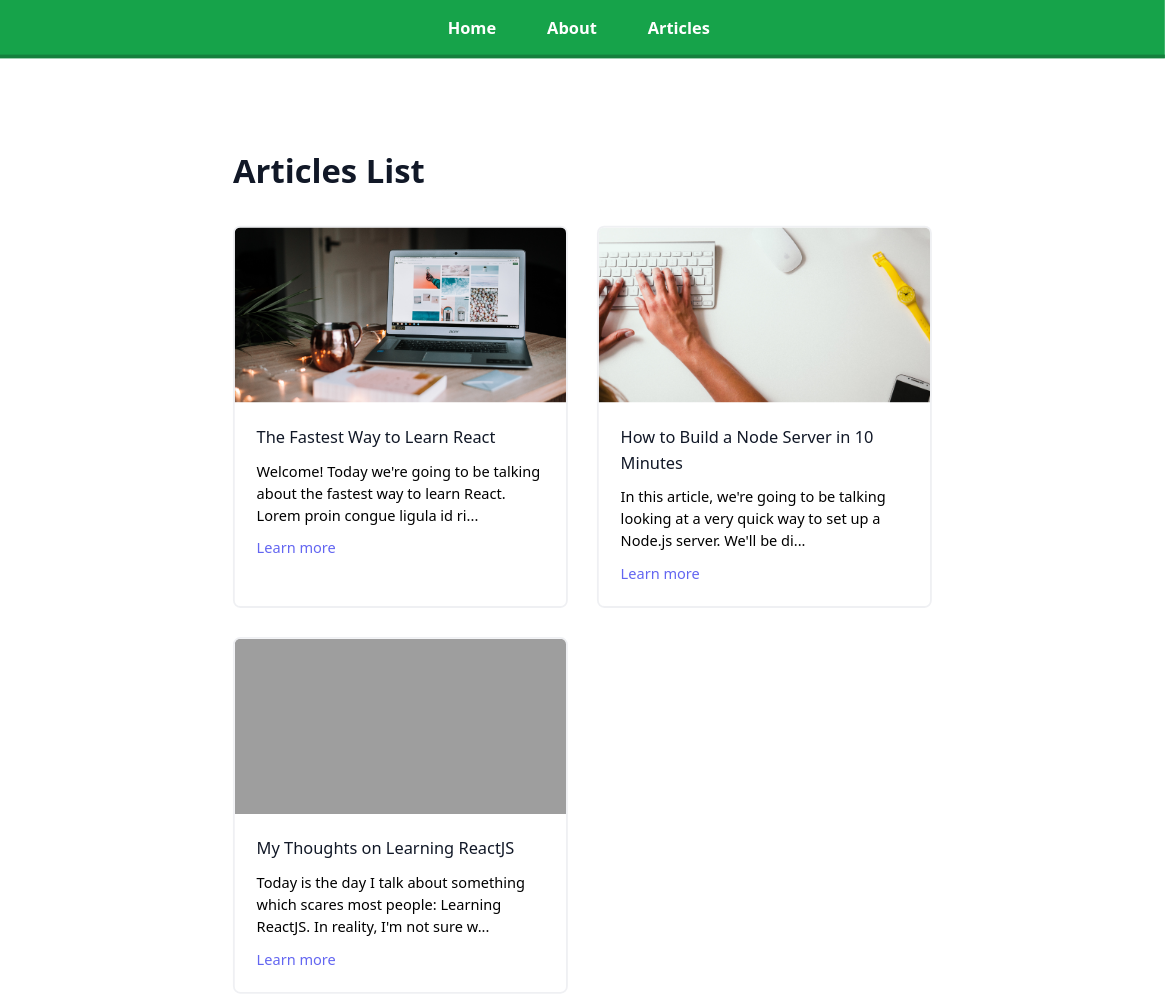
Repository: wenxi0504/BLOG
Page: /articles-list (app in client/)
An editor plug-in stored every save of this project. The page is shown before and after the next save, followed by the edit.
The browser window is 1280 px wide. The pictures show the whole page, at 91% of full size.
Pictures or frames that could not be fetched are drawn as grey boxes. The project was rebuilt for these pictures with package versions that can differ from the ones it lists, and the page was loaded fresh each time. Also part of the build but not shown: client/src/pages/Home.js, client/src/pages/About.js, client/src/pages/Article.js.

Above is the page before, as saved 2022-09-11 22:16:47.

### client/src/App.js
import { BrowserRouter as Router,Route, Routes } from 'react-router-dom';
//pages
import Home from './pages/Home'
import About from './pages/About'
import Article from './pages/Article'
import ArticlesList from './pages/ArticlesList'
import Navbar from './components/Navbar';

function App() {
  return (
    <Router>
      <Navbar/>
    <div className='max-w-screen-md mx-auto pt-20'>
    <Routes>
          <Route path="/" element={<Home />} />
          <Route path="/about" element={<About />} />
          <Route path="/articles-list" element={<ArticlesList />} />
           <Route path="/article/:name" element={<Article/> } />
          </Routes>
      </div>
      </Router>
  );
}

export default App;

### client/src/pages/ArticlesList.js
import React from 'react'
import articleContent from './articleContent'
import { Link} from 'react-router-dom'

const ArticlesList = () => {
  return (
      <div>
          <h1 className='sm:text-4xl text-2xl font-bold my-6 text-gray-900'>Articles List</h1>
          <div className="container py-4 mx-auto">
              <div className="flex flex-wrap -m-4">
                  {articleContent.map((article, index) => (
                      <div key={index} className="p-4 md:w-1/2">
                          <div className="h-full border-2 border-gray-200 border-opacity-60 rounded-lg overflow-hidden">
                              <Link to={`/article/${article.name}`}>
                                  <img className='lg:h-48 md:h-36 w-full object-cover object-center' src={ article.thumbnail} alt="blog"/>
                              </Link>
                              <div className='p-6'>
                                  <Link key={index} to={`/article/${article.name}`}>
                                      <h3 className="text-lg font-medium text-gray-900 mb-3">{ article.title}</h3>
                                  </Link>
                                  <p className='leading-relax mb-3'>
                                      { article.content[0].substring(0,110)}...
                                  </p>

                                  <div className="flex item-center flex wrap">
                                      <Link className="text-indigo-500 inline-flex items-center md:mb-2 lg:mb-0" to={ `/article/${article.name}`}>
                                          Learn more
                                      </Link>
                                  </div>

                              </div>
                          </div>
                      </div>
                  ))}
              </div>
          </div>

    </div>
  )
}

export default ArticlesList

### client/src/components/Navbar.js
import React from 'react'
import { Link} from 'react-router-dom'

const Navbar = () => {
  return (
      <nav className="border-b-4 border-green-700 text-center bg-green-600 font-bold w-full text-lg text-white " fixed top-0>
          <ul>
              <li className='inline-block py-4'>
                  <Link to="/" className='pl-6 pr-8'>Home </Link>
              </li>
              <li className='inline-block py-4'>
                  <Link to="/about" className='pl-6 pr-8'>About</Link>
              </li>
              <li className='inline-block py-4'>
                  <Link to="/articles-list" className='pl-6 pr-8'>Articles </Link>
              </li>
        </ul>
      </nav>
  )
}

export default Navbar

### client/src/pages/articleContent.js
const articles = [
  {
    name: "learn-react",
    title: "The Fastest Way to Learn React",
    thumbnail: "/images/blog1.jpeg",
    content: [
      `Welcome! Today we're going to be talking about the fastest way to learn React. Lorem proin congue ligula id risus posuere, vel eleifend ex egestas. Sed in turpis leo. Aliquam malesuada in massa tincidunt egestas. Nam consectetur varius turpis, non porta arcu porttitor non. In tincidunt vulputate nulla quis egestas. Ut eleifend ut ipsum non fringilla. Praesent imperdiet nulla nec est luctus, at sodales purus euismod.`,
      `Donec vel mauris lectus. Etiam nec lectus urna. Sed sodales ultrices dapibus. Nam blandit tristique risus, eget accumsan nisl interdum eu. Aenean ac accumsan nisi. Nunc vel pulvinar diam. Nam eleifend egestas viverra. Donec finibus lectus sed lorem ultricies, eget ornare leo luctus. Morbi vehicula, nulla eu tempor interdum, nibh elit congue tellus, ac vulputate urna lorem nec nisi. Morbi id consequat quam. Vivamus accumsan dui in facilisis aliquet.`,
      `Etiam nec lectus urna. Sed sodales ultrices dapibus. Nam blandit tristique risus, eget accumsan nisl interdum eu. Aenean ac accumsan nisi. Nunc vel pulvinar diam. Nam eleifend egestas viverra. Donec finibus lectus sed lorem ultricies, eget ornare leo luctus. Morbi vehicula, nulla eu tempor interdum, nibh elit congue tellus, ac vulputate urna lorem nec nisi. Morbi id consequat quam. Vivamus accumsan dui in facilisis aliquet.`,
    ],
  },
  {
    name: "learn-node",
    title: "How to Build a Node Server in 10 Minutes",
    thumbnail: "/images/blog2.jpeg",
    content: [
      `In this article, we're going to be talking looking at a very quick way to set up a Node.js server. We'll be discussing some topics such as proin congue ligula id risus posuere, vel eleifend ex egestas. Sed in turpis leo. Aliquam malesuada in massa tincidunt egestas. Nam consectetur varius turpis, non porta arcu porttitor non. In tincidunt vulputate nulla quis egestas. Ut eleifend ut ipsum non fringilla. Praesent imperdiet nulla nec est luctus, at sodales purus euismod.`,
      `Donec vel mauris lectus. Etiam nec lectus urna. Sed sodales ultrices dapibus. Nam blandit tristique risus, eget accumsan nisl interdum eu. Aenean ac accumsan nisi. Nunc vel pulvinar diam. Nam eleifend egestas viverra. Donec finibus lectus sed lorem ultricies, eget ornare leo luctus. Morbi vehicula, nulla eu tempor interdum, nibh elit congue tellus, ac vulputate urna lorem nec nisi. Morbi id consequat quam. Vivamus accumsan dui in facilisis aliquet.`,
      `Etiam nec lectus urna. Sed sodales ultrices dapibus. Nam blandit tristique risus, eget accumsan nisl interdum eu. Aenean ac accumsan nisi. Nunc vel pulvinar diam. Nam eleifend egestas viverra. Donec finibus lectus sed lorem ultricies, eget ornare leo luctus. Morbi vehicula, nulla eu tempor interdum, nibh elit congue tellus, ac vulputate urna lorem nec nisi. Morbi id consequat quam. Vivamus accumsan dui in facilisis aliquet.`,
    ],
  },
  {
    name: "my-thoughts-on-learning-react",
    title: "My Thoughts on Learning ReactJS",
    thumbnail: "/images/blog3.jpeg",
    content: [
      `Today is the day I talk about something which scares most people: Learning ReactJS. In reality, I'm not sure why people have such a hard time with Learning ReactJS ligula id risus posuere, vel eleifend ex egestas. Sed in turpis leo. Aliquam malesuada in massa tincidunt egestas. Nam consectetur varius turpis, non porta arcu porttitor non. In tincidunt vulputate nulla quis egestas. Ut eleifend ut ipsum non fringilla. Praesent imperdiet nulla nec est luctus, at sodales purus euismod.`,
      `Donec vel mauris lectus. Etiam nec lectus urna. Sed sodales ultrices dapibus. Nam blandit tristique risus, eget accumsan nisl interdum eu. Aenean ac accumsan nisi. Nunc vel pulvinar diam. Nam eleifend egestas viverra. Donec finibus lectus sed lorem ultricies, eget ornare leo luctus. Morbi vehicula, nulla eu tempor interdum, nibh elit congue tellus, ac vulputate urna lorem nec nisi. Morbi id consequat quam. Vivamus accumsan dui in facilisis aliquet.`,
      `Etiam nec lectus urna. Sed sodales ultrices dapibus. Nam blandit tristique risus, eget accumsan nisl interdum eu. Aenean ac accumsan nisi. Nunc vel pulvinar diam. Nam eleifend egestas viverra. Donec finibus lectus sed lorem ultricies, eget ornare leo luctus. Morbi vehicula, nulla eu tempor interdum, nibh elit congue tellus, ac vulputate urna lorem nec nisi. Morbi id consequat quam. Vivamus accumsan dui in facilisis aliquet.`,
    ],
  },
];
export default articles;

Loaded but not shown: client/public/index.html (common file); client/src/index.js (common file); client/src/index.css (common file); client/src/reportWebVitals.js (common file); client/tailwind.config.js (common file)

After the next save:
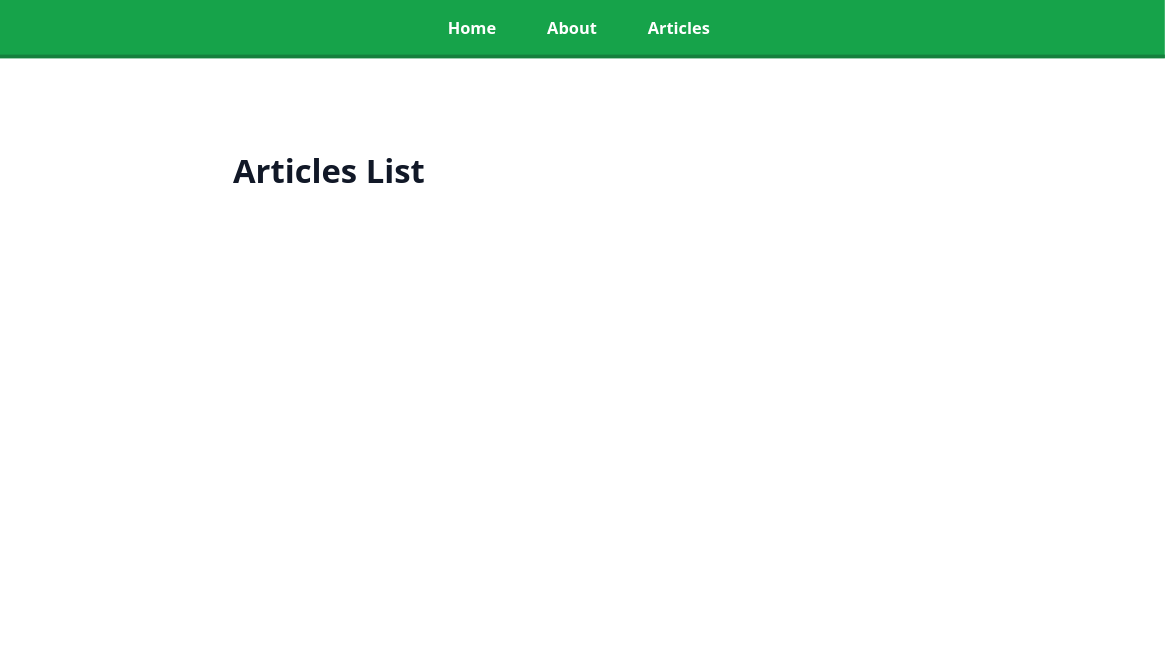
Saved 10 s later.
--- a/client/src/pages/ArticlesList.js
+++ b/client/src/pages/ArticlesList.js
@@ -1,6 +1,5 @@
 import React from 'react'
-import articleContent from './articleContent'
-import { Link} from 'react-router-dom'
+
 
 const ArticlesList = () => {
   return (
@@ -8,30 +7,7 @@ const ArticlesList = () => {
           <h1 className='sm:text-4xl text-2xl font-bold my-6 text-gray-900'>Articles List</h1>
           <div className="container py-4 mx-auto">
               <div className="flex flex-wrap -m-4">
-                  {articleContent.map((article, index) => (
-                      <div key={index} className="p-4 md:w-1/2">
-                          <div className="h-full border-2 border-gray-200 border-opacity-60 rounded-lg overflow-hidden">
-                              <Link to={`/article/${article.name}`}>
-                                  <img className='lg:h-48 md:h-36 w-full object-cover object-center' src={ article.thumbnail} alt="blog"/>
-                              </Link>
-                              <div className='p-6'>
-                                  <Link key={index} to={`/article/${article.name}`}>
-                                      <h3 className="text-lg font-medium text-gray-900 mb-3">{ article.title}</h3>
-                                  </Link>
-                                  <p className='leading-relax mb-3'>
-                                      { article.content[0].substring(0,110)}...
-                                  </p>
 
-                                  <div className="flex item-center flex wrap">
-                                      <Link className="text-indigo-500 inline-flex items-center md:mb-2 lg:mb-0" to={ `/article/${article.name}`}>
-                                          Learn more
-                                      </Link>
-                                  </div>
-
-                              </div>
-                          </div>
-                      </div>
-                  ))}
               </div>
           </div>
 
